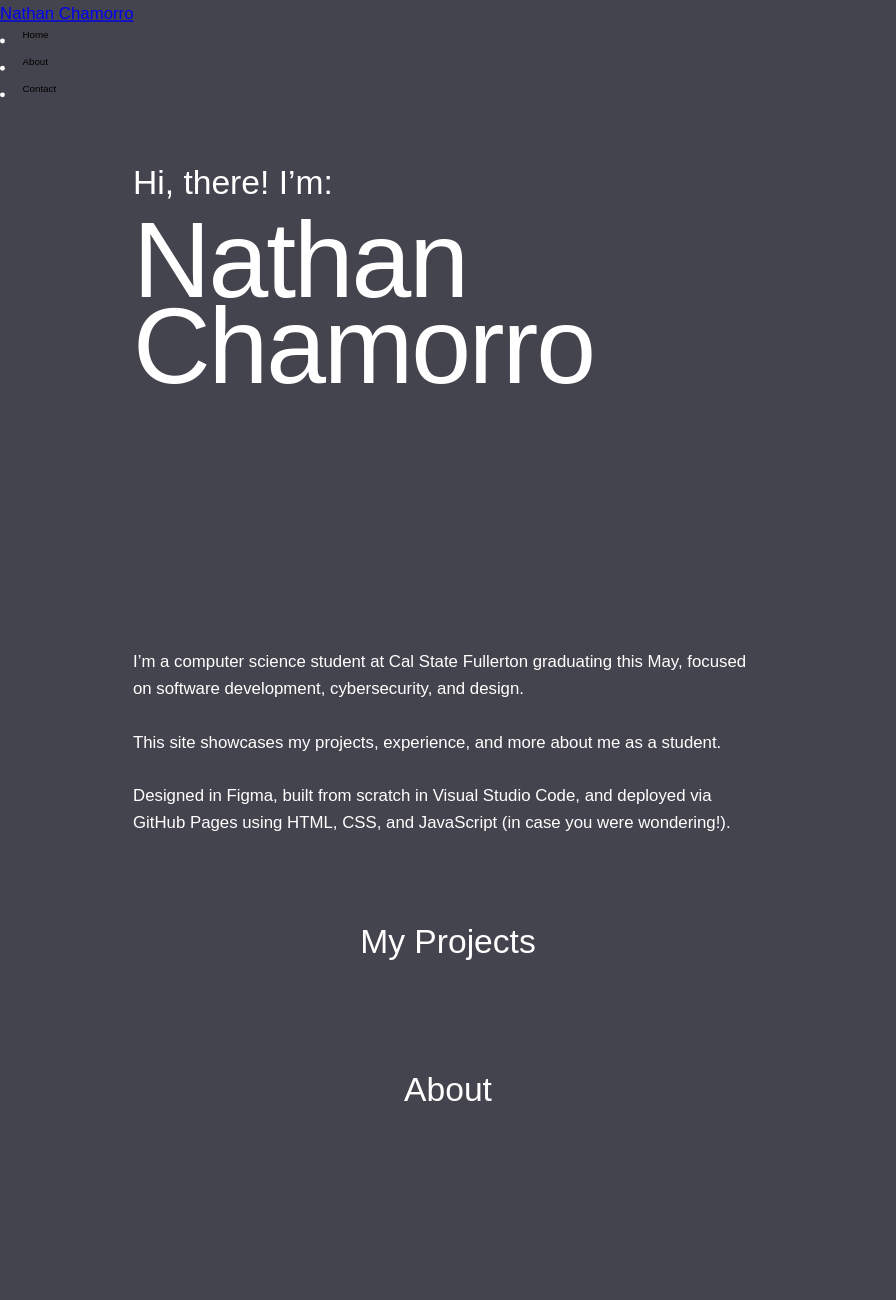
Repository: nathanchamorro1/nathanchamorro1.github.io
Page: index.html
These files come from the project's save history. The page is drawn as it stood at one moment and after the next save; the edit follows.
The browser window is 1280 px wide. The pictures show the whole page, at 70% of full size.
Some web fonts or font styles are not loaded; a fallback is used.

Above is the page before, as saved 2026-02-17 17:25:41.

After the next save:
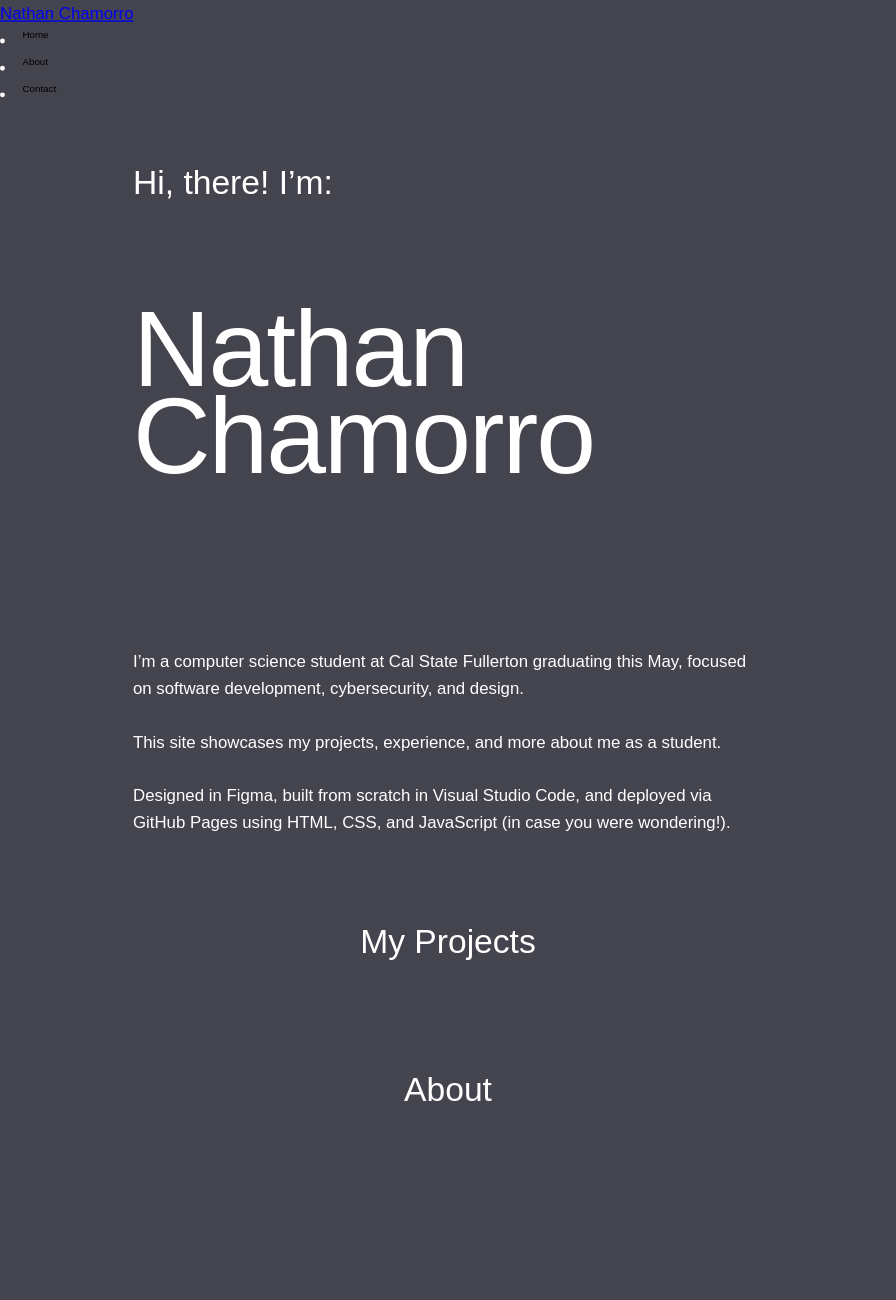
Saved 59 s later.
--- a/css/style.css
+++ b/css/style.css
@@ -38,7 +38,7 @@
     font-weight: 400;
     font-variation-settings: "wght" 400;
     line-height: 0.8;
-    margin: 0;
+    margin-bottom: 0;
     letter-spacing: -0.02em;
 }
 

After the save that followed:
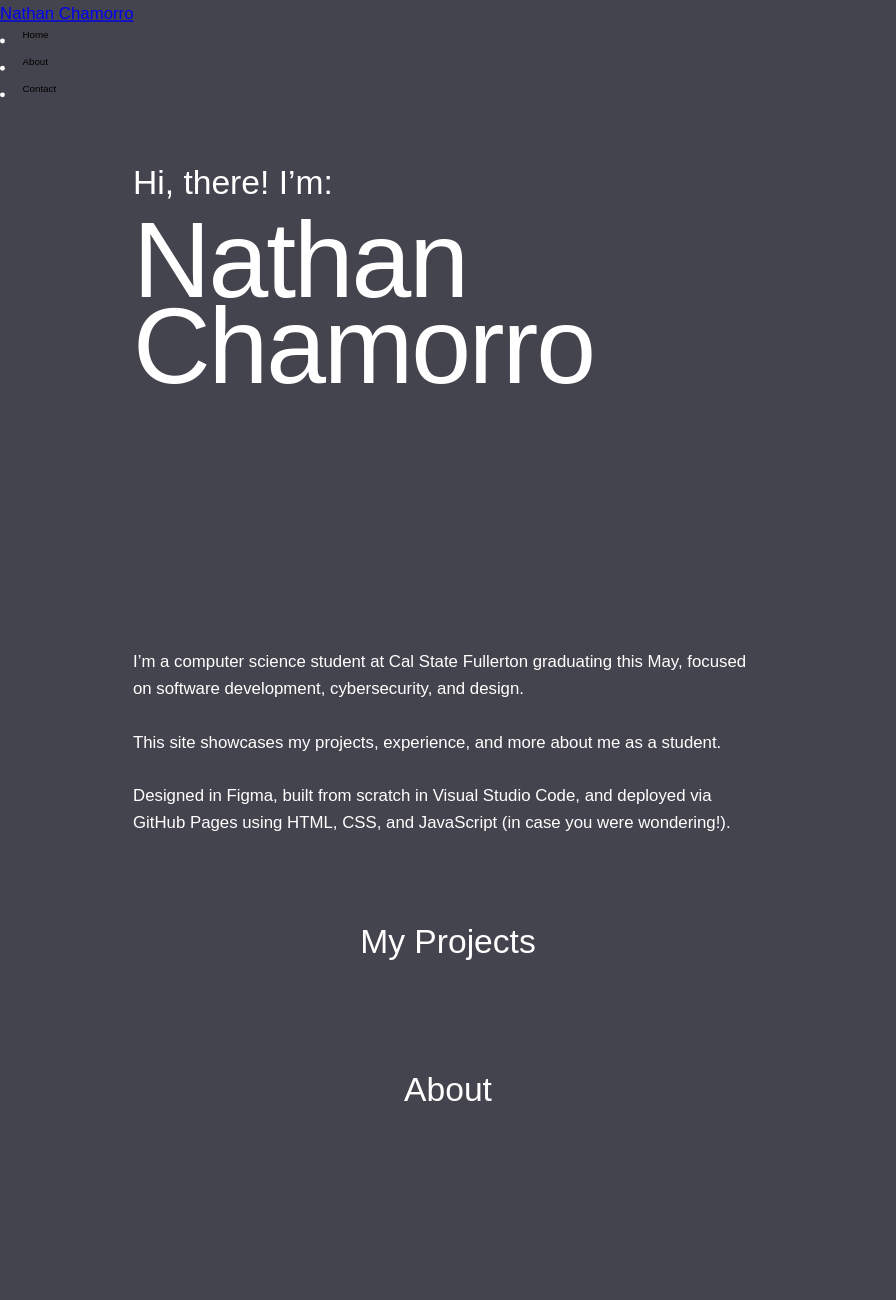
Saved 7 s later.
--- a/css/style.css
+++ b/css/style.css
@@ -38,7 +38,7 @@
     font-weight: 400;
     font-variation-settings: "wght" 400;
     line-height: 0.8;
-    margin-bottom: 0;
+    margin: 0;
     letter-spacing: -0.02em;
 }
 
